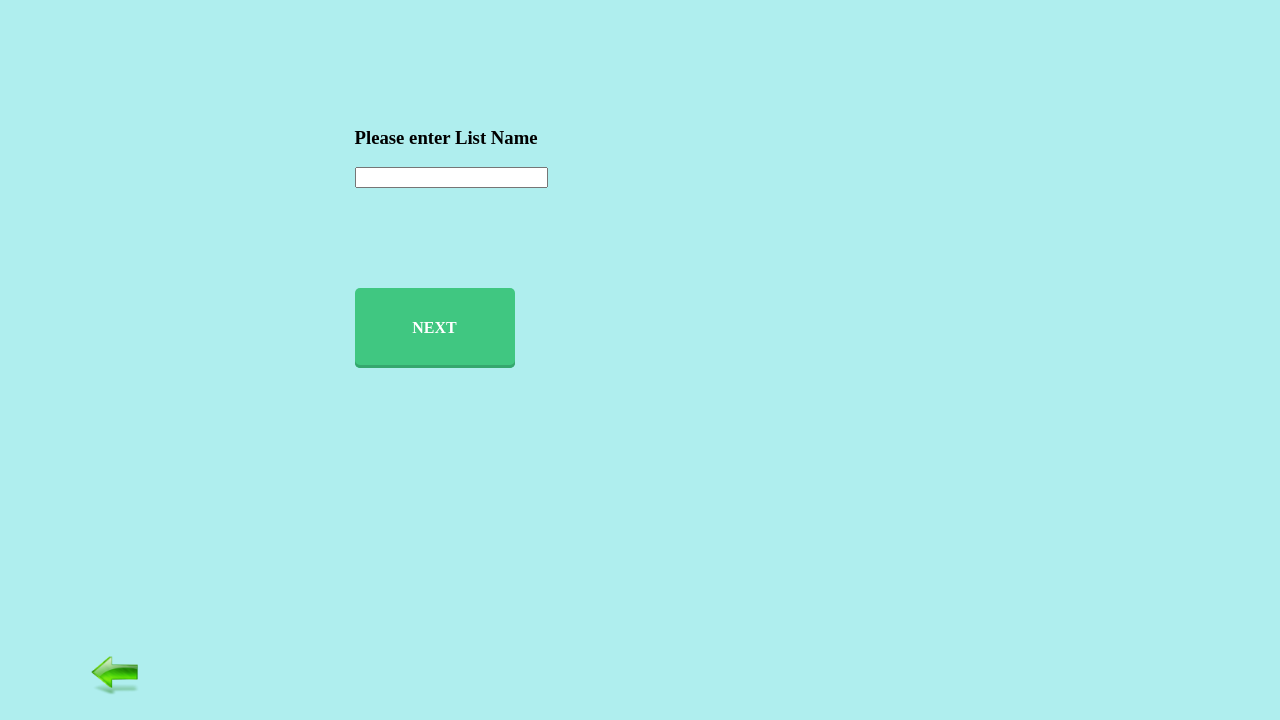
Repository: Artem-Brunov/msu_prac
Page: workspace/BasicUI/NewWithoutTr.html
An editor plug-in stored every save of this project. The page is shown before and after the next save, followed by the edit.
The browser window is 1280 px wide. The pictures show the whole page.

Above is the page before, as saved 2017-12-26 19:10:11.

### workspace/BasicUI/NewWithoutTr.html
<!DOCTYPE html>
<html>
<head>
  <meta charset="utf-8" />
    <meta name="viewport" content="width=device-width, initial-scale=1.0, maximum-scale=1.0">
    <meta name="description" content="Tizen Mobile Web Basic Template" />

    <title>Tizen Mobile Web Basic Application</title>
    <link rel="stylesheet" type="text/css" href="css/NewPlaylist.css" />
    <link rel="stylesheet" type="text/css" href="css/style.css" />
</head>
<body>
<div class = "listn">
	<form name="test">
  		<h3>Please enter List Name</h3>
  		<p>
   			<input type="text" size="21">
  		</p>
 </div>

 	</form>

	<div class = "Add">
		<a href = "" class = "first_button">NEXT</a>
	</div>
	<div class = "BBack">
			<a href = "NewSettings.html"><img src="images/Back.png" width="50"
  height="50" alt="One step back"></a>
	</div>
</body>
</html>

### workspace/BasicUI/css/NewPlaylist.css
.Return {
	position: absolute;
  	top: 24%;
  	left:50%;

}
.Add {
	position: absolute;
  	top: 40%;
  	left: 27.7%;
}
.listn {
	position: absolute;
  	top: 15%;
  	left: 27.7%;
}
.BBack{
	position: absolute;
  	top: 90%;
  	left: 7%;
}
.Settings{
	position: absolute;
	left: 18%;
	top: 10%;
 	color: Gray;
}
.take_1{
	position: absolute;
	left: 6%;
	top: 3%;
}
.take_2{
	position: absolute;
	right: 6%;
	top: 3%;
}
.FP{
	position: absolute;
	left: 27.7%;
	top: 60%;
}
.FP_2{
	position: absolute;
	right: 27.7%;
	top: 75%;
}

### workspace/BasicUI/css/style.css
html,
body {
    width: 100%;
    height: 100%;
    margin: 0 auto;
    padding: 0;
    background: PaleTurquoise;
 }
 .titl{

 	position: absolute;
 	left: 25.5%;
 	top: 10%;
 	color: Gray;
 }
 a.first_button {

	display: block;
	width: 160px;
	height: 80px;
  	line-height: 5em;
	border-radius: 5px;
 	background: rgb(64,199,129);
	box-shadow: 0 -3px rgb(53,167,110) inset;
	font-weight: 900;
  	color: white;
  	text-align: center;
  	text-decoration: none;
  	transition: 0.2s;
}
a.first_button:hover { background: rgb(53, 167, 110); }
a.first_button:active {
  background: rgb(33,147,90);
  box-shadow: 0 3px rgb(33,147,90) inset;
}
.New {
	position: absolute;
  	top: 47%;
  	left: 27.7%;

}
.Select {
	position: absolute;
  	top: 64%;
  	left: 27.7%;

}
.FastPlay {
	position: absolute;
  	top: 30%;
  	left: 27.7%;

}

After the next save:
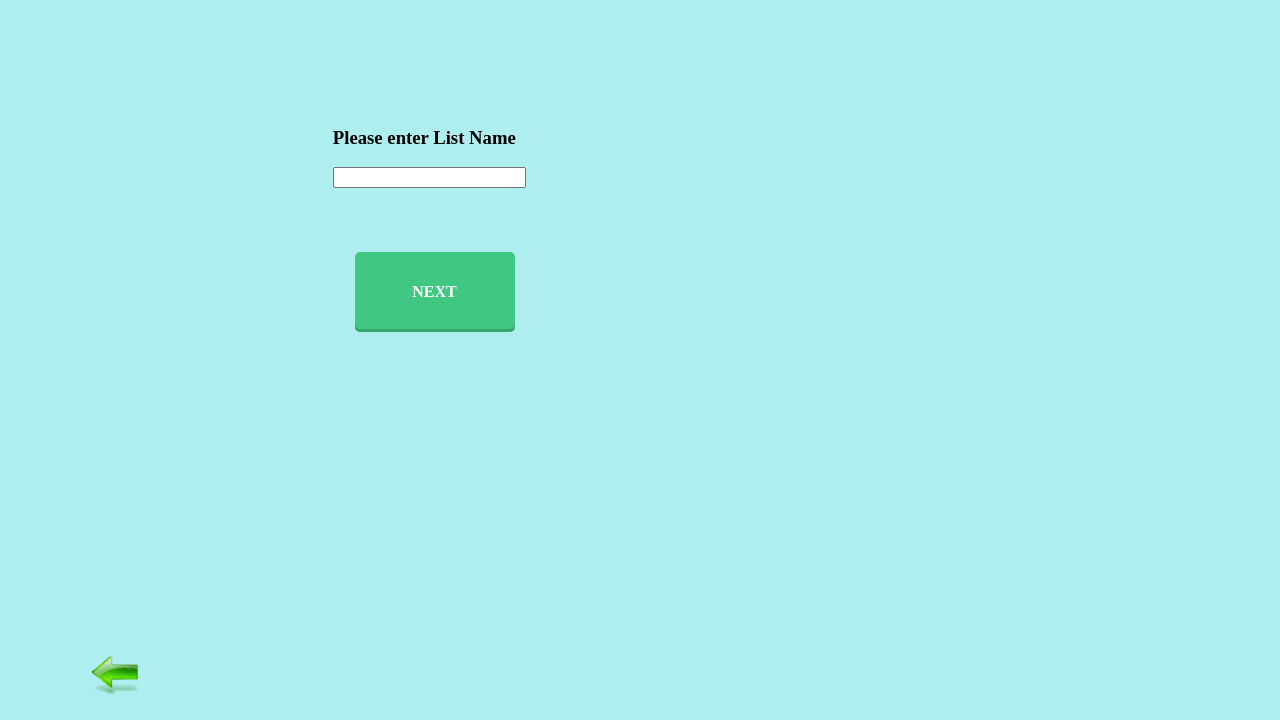
Saved 17 s later.
--- a/workspace/BasicUI/css/NewPlaylist.css
+++ b/workspace/BasicUI/css/NewPlaylist.css
@@ -6,13 +6,13 @@
 }
 .Add {
 	position: absolute;
-  	top: 40%;
+  	top: 35%;
   	left: 27.7%;
 }
 .listn {
 	position: absolute;
   	top: 15%;
-  	left: 27.7%;
+  	left: 26%;
 }
 .BBack{
 	position: absolute;
